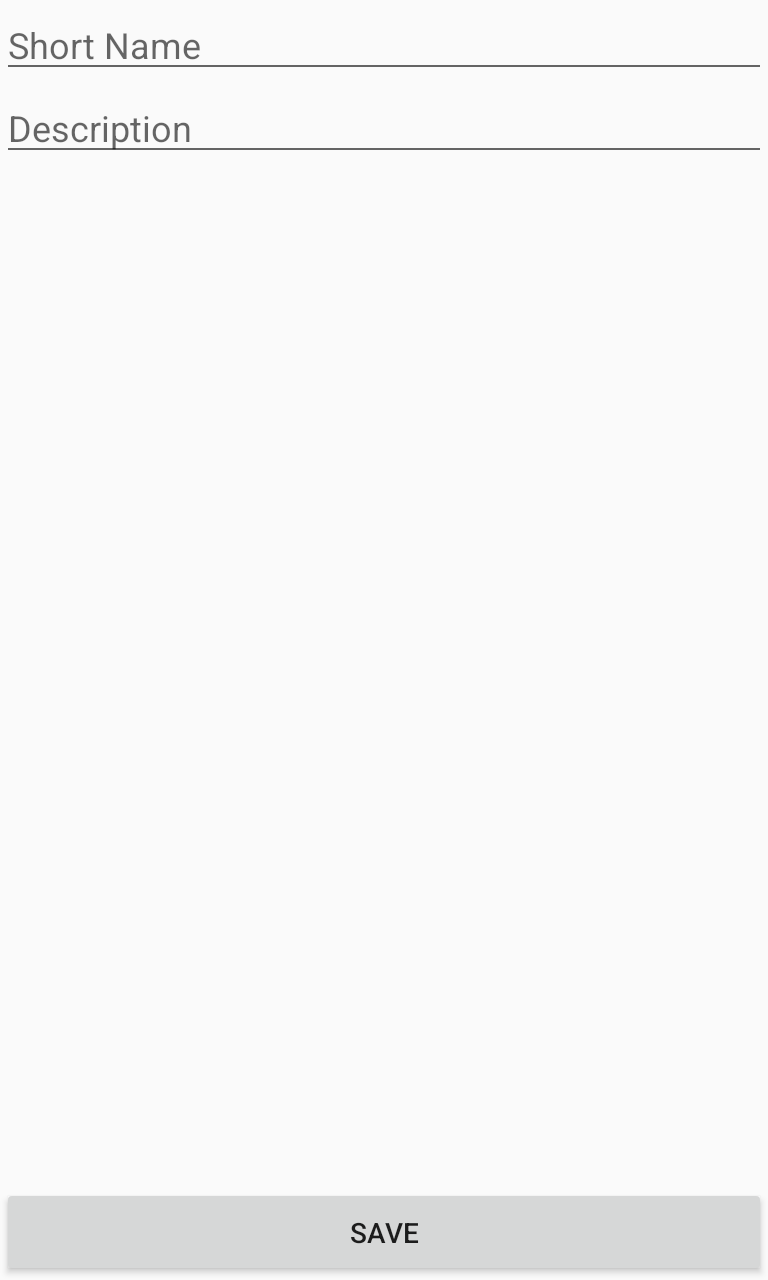
Repository: Android-BD/android-final-project
Layout: FinalProject/res/layout/damage_input.xml
These files come from the project's save history. The layout is drawn as it stood at one moment and after the next save; the edit follows.
It is drawn on a 768 x 1280 px phone screen (xhdpi) without system bars, with theme AppTheme; the app's code is not run.

Above is the layout before, as saved 2014-05-08 04:44:06.

After the next save:
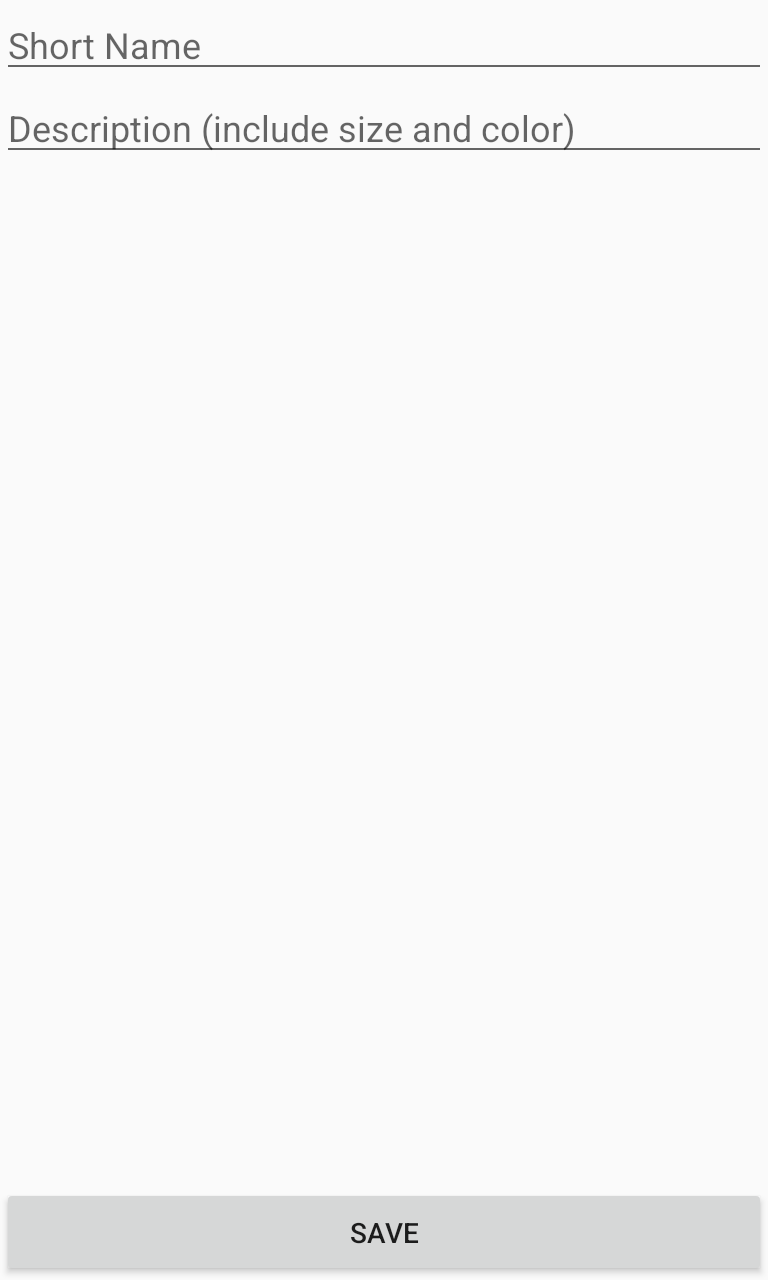
Saved 111 s later.
--- a/FinalProject/res/values/strings.xml
+++ b/FinalProject/res/values/strings.xml
@@ -26,7 +26,7 @@
     <string name="note_damage">Note Damage</string>
     <string name="damage_list">Damage List</string>
     <string name="short_name">Short Name</string>
-    <string name="description">Description</string>
+    <string name="description">Description (include size and color)</string>
     <string name="save">Save</string>
 
 </resources>
